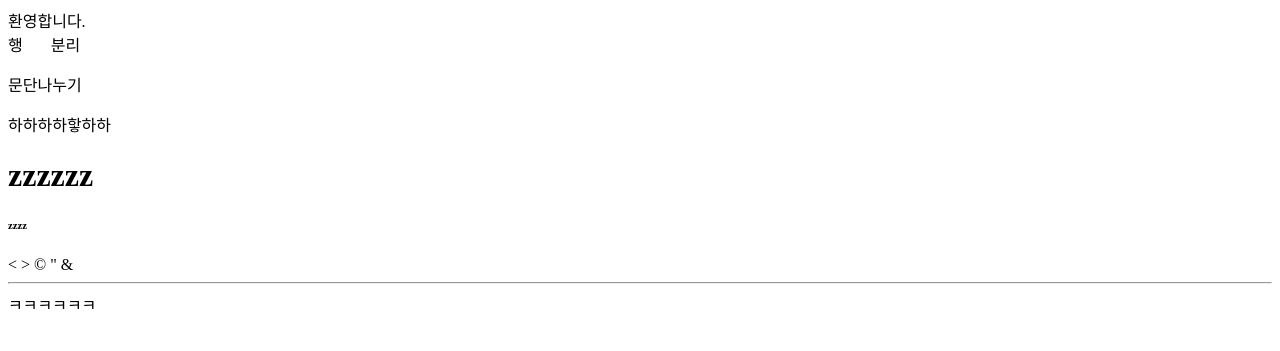
Repository: lsgsg/lsgsg
Page: wsou/webBasic/WebContent/bb.html
The author's editor kept a copy of each file at every save. The page is drawn from the files as they stood at one save, then again after the next save.
The browser window is 1280 px wide. The pictures show the whole page.

Above is the page before, as saved 2018-08-14 02:33:29.

### wsou/webBasic/WebContent/bb.html
<!DOCTYPE html>
<html>
<head>
<meta charset="UTF-8">
<title>Insert title here</title>
</head>
<body>
환영합니다.<br>
<!-- 라인스킵이 목적이므로 </br> 생략 -->
<!-- html 주석 : html은 컴파일 한다 X; 파씽?한다 O -->
행 &nbsp;&nbsp;&nbsp;&nbsp;&nbsp;&nbsp;분리
<p>문단나누기</p>
하하하하핳하하
<h1>zzzzzz</h1>
<h6>zzzz</h6>
&lt; &gt; &copy; &quot; &amp;
<hr> <!-- 수평선 -->
ㅋㅋㅋㅋㅋㅋ
</body>
</html>

After the next save:
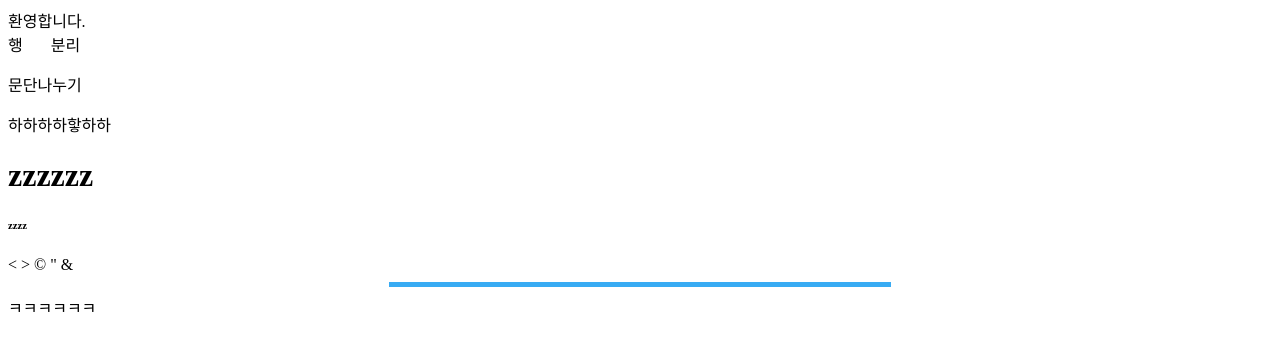
Saved 70 s later.
--- a/wsou/webBasic/WebContent/bb.html
+++ b/wsou/webBasic/WebContent/bb.html
@@ -14,7 +14,7 @@
 <h1>zzzzzz</h1>
 <h6>zzzz</h6>
 &lt; &gt; &copy; &quot; &amp;
-<hr> <!-- 수평선 -->
+<hr size = "5" width="500" color="#38abf3"> <!-- 수평선 -->
 ㅋㅋㅋㅋㅋㅋ
 </body>
 </html>
